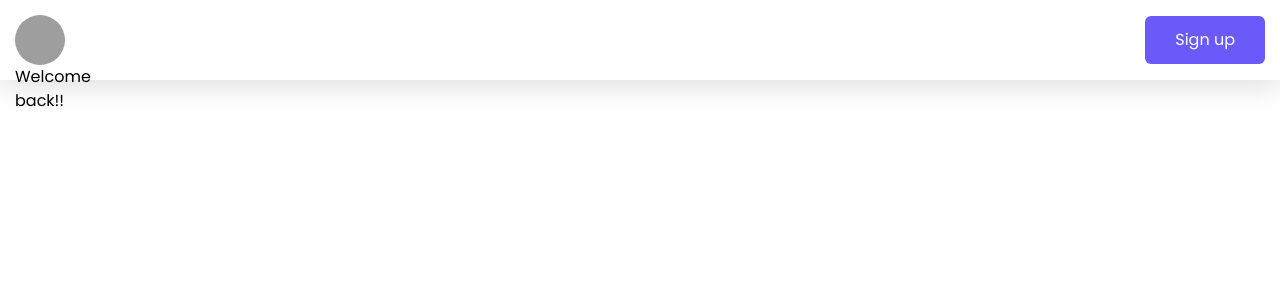
Repository: hoang0508/ReactJsDevWork
Page: /
The author's editor kept a copy of each file at every save. The page is drawn from the files as they stood at one save, then again after the next save.
The browser window is 1280 px wide. The pictures show the whole page.
Pictures or frames that could not be fetched are drawn as grey boxes. The project was rebuilt for these pictures with package versions that can differ from the ones it lists, and the page was loaded fresh each time.

Above is the page before, as saved 2022-03-07 21:30:36.

After the next save:
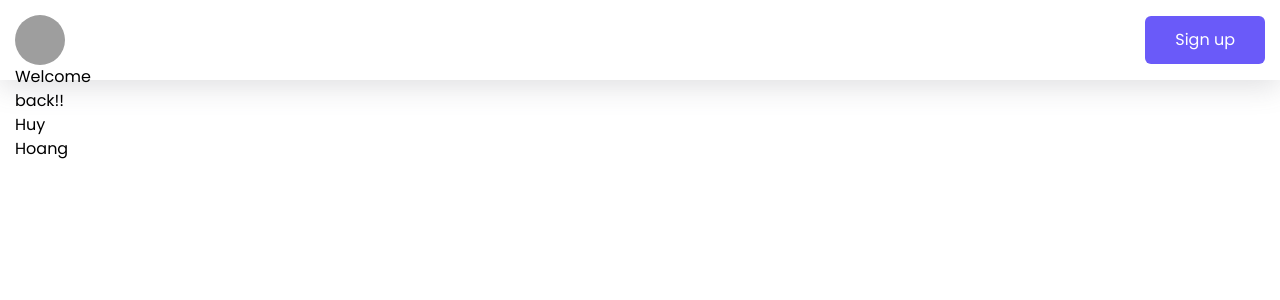
Saved 56 s later.
--- a/src/components/HeaderMain.js
+++ b/src/components/HeaderMain.js
@@ -13,7 +13,7 @@ const HeaderMain = () => {
                 src="https://images.unsplash.com/photo-1646596539959-d333fc8b398d?ixlib=rb-1.2.1&ixid=MnwxMjA3fDB8MHxlZGl0b3JpYWwtZmVlZHw3fHx8ZW58MHx8fHw%3D&auto=format&fit=crop&w=500&q=60"
                 alt=""
               />
-              <span className="header-heading">Welcome back!!</span>
+              <span className="header-heading">Welcome back!! {user.name}</span>
             </div>
           ) : (
             <span className="header-heading">Welcome back!!</span>
